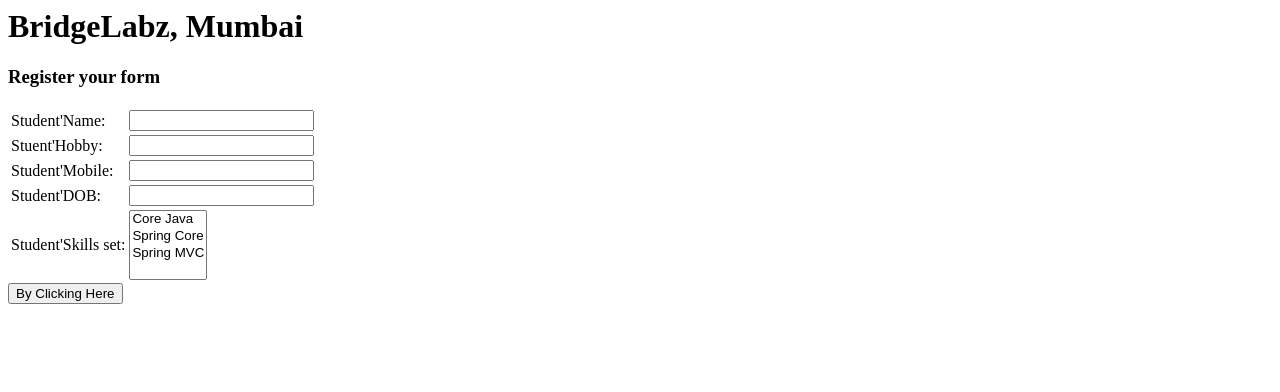
Repository: MFiroz303/Springs
Page: http://localhost/SampleApp/admissionform.html
The author's editor kept a copy of each file at every save. The page is drawn from the files as they stood at one save, then again after the next save.
The browser window is 1280 px wide. The pictures show the whole page.
The page is served by Tomcat 9.

Above is the page before, as saved 2017-10-16 06:57:48.

After the next save:
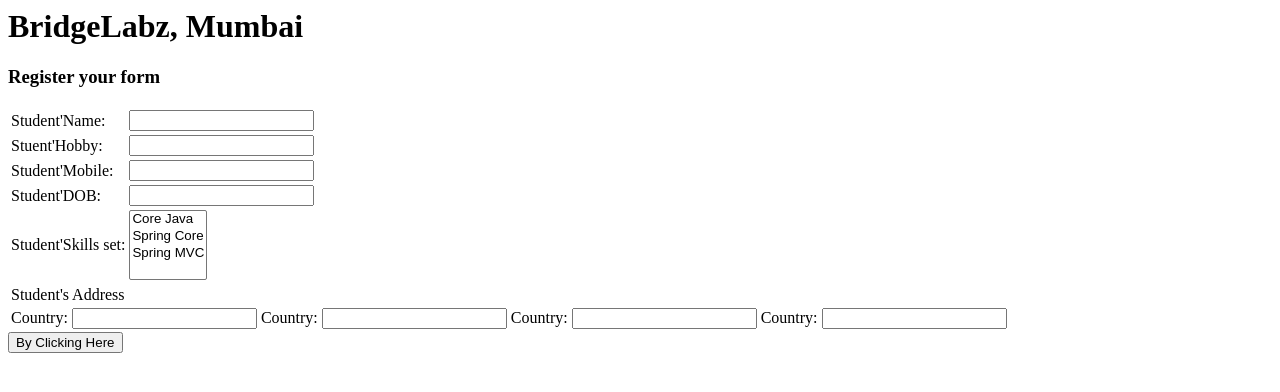
Saved 6 min 38 s later.
--- a/SampleApp/src/main/webapp/WEB-INF/admission.jsp
+++ b/SampleApp/src/main/webapp/WEB-INF/admission.jsp
@@ -24,6 +24,17 @@
 					<option value="Spring MVc">Spring MVC</option>
 			</select> </td>
 			</table>
+			<table>
+			    <tr>
+			      <td>Student's Address</td></tr>
+			    <tr>
+			       <td>Country: <input type="text" name="studentAddress.country"></td>
+			       <td>Country: <input type="text" name="studentAddress.city"></td>
+			       <td>Country: <input type="text" name="studentAddress.street"></td>
+			       <td>Country: <input type="text" name="studentAddress.pincode"></td>
+
+
+			</table>
 			 <input type="submit" value="By Clicking Here">
 	</form>
 
